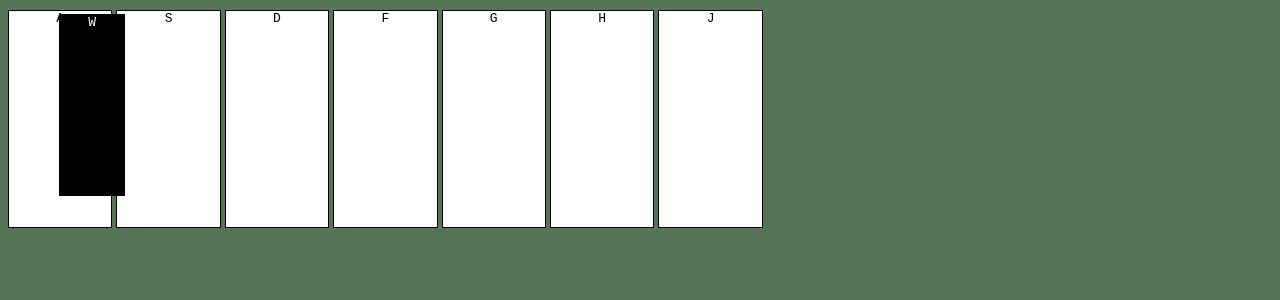
Repository: ctcoleman/Virtual-Piano
Page: index.html
These files come from the project's save history. The page is drawn as it stood at one moment and after a run of saves; the edit follows.
The browser window is 1280 px wide. The pictures show the whole page.

Above is the page before, as saved 2020-07-20 08:59:46.

After the next 2 saves:
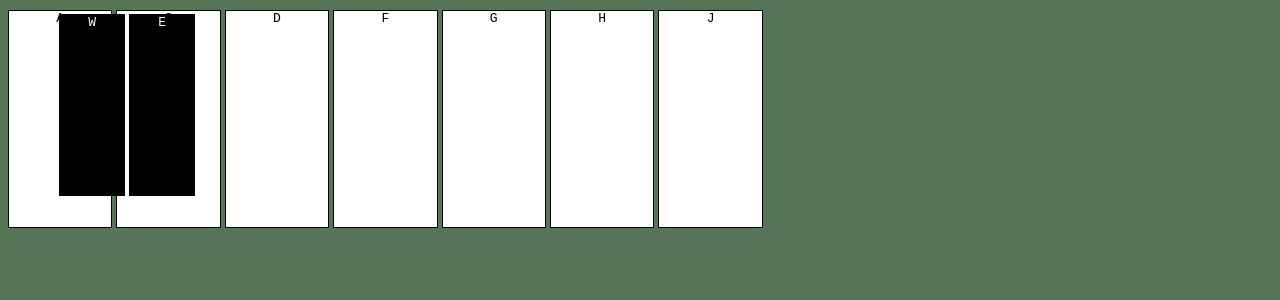
The 2 saves are shown as one change because they came seconds apart.
The last was saved 9 s later.
--- a/index.css
+++ b/index.css
@@ -38,7 +38,7 @@ html {
     left: 4vw;
 }
 #KeyE {
-    right: 40vw;
+    left: 4vw;
 }
 #KeyT {
     right: 40vw;
